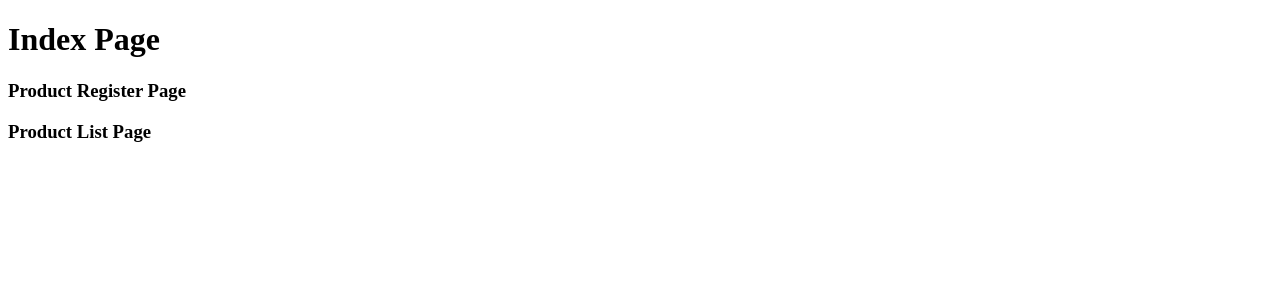
Repository: kurunai/jsp3
Page: http://localhost/jsp_product/
An editor plug-in stored every save of this project. The page is shown before and after the next save, followed by the edit.
The browser window is 1280 px wide. The pictures show the whole page.
The page is served by Tomcat 9. Other server files are loaded and not shown.

Above is the page before, as saved 2022-08-30 01:17:02.

### jsp_workspace/jsp_product/src/main/webapp/index.jsp
<%@ page language="java" contentType="text/html; charset=UTF-8"
    pageEncoding="UTF-8"%>
<!DOCTYPE html>
<html>
<head>
<meta charset="UTF-8">
<title>Insert title here</title>
</head>
<body>
	<h1>Index Page</h1>
	<h3>
		<a>Product Register Page</a>
	</h3>
	<h3>
		<a>Product List Page</a>
	</h3>
</body>
</html>

After the next save:
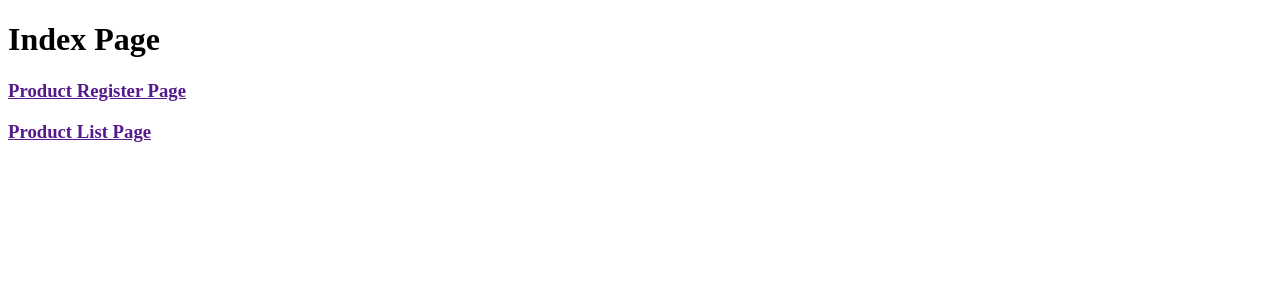
Saved 14 s later.
--- a/jsp_workspace/jsp_product/src/main/webapp/index.jsp
+++ b/jsp_workspace/jsp_product/src/main/webapp/index.jsp
@@ -9,10 +9,10 @@
 <body>
 	<h1>Index Page</h1>
 	<h3>
-		<a>Product Register Page</a>
+		<a href="">Product Register Page</a>
 	</h3>
 	<h3>
-		<a>Product List Page</a>
+		<a href="">Product List Page</a>
 	</h3>
 </body>
 </html>
